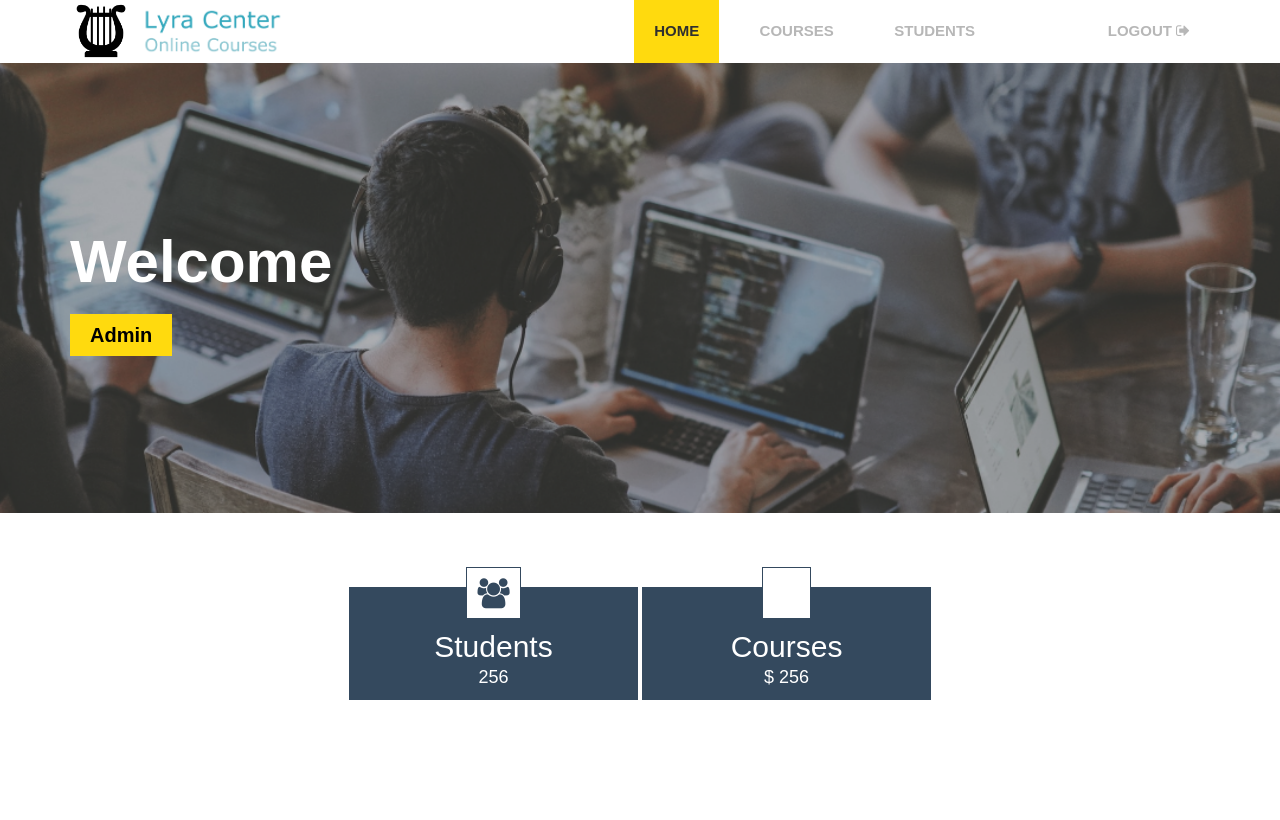
Repository: jersmaecrz/lyra-center
Page: aHome.html
These files come from the project's save history. The page is drawn as it stood at one moment and after the next save; the edit follows.
The browser window is 1280 px wide. The pictures show the whole page.
Some web fonts or font styles are not loaded; a fallback is used.

Above is the page before, as saved 2022-12-03 21:52:00.

### aHome.html
<!DOCTYPE html>
<html lang="zxx">

<head>
    <link rel="icon" href="img/lyre.png">
    <meta charset="UTF-8">
    <meta name="description" content="Anime Template">
    <meta name="keywords" content="Anime, unica, creative, html">
    <meta name="viewport" content="width=device-width, initial-scale=1.0">
    <meta http-equiv="X-UA-Compatible" content="ie=edge">
    <title>Lyra | Home</title>
    <link rel="stylesheet" href="css/admin-home-style.css" type="text/css">

    <!-- Google Font -->
    <link href="https://fonts.googleapis.com/css2?family=Mulish:wght@300;400;500;600;700;800;900&display=swap"
    rel="stylesheet">

    <link rel="preconnect" href="https://fonts.googleapis.com">
    <link rel="preconnect" href="https://fonts.gstatic.com" crossorigin>
    <link href="https://fonts.googleapis.com/css2?family=Open+Sans:wght@700&display=swap" rel="stylesheet">

    <!-- Css Styles -->
    <link rel="stylesheet" href="css/bootstrap.min.css" type="text/css">
    <link rel="stylesheet" href="css/font-awesome.min.css" type="text/css">
    <link rel="stylesheet" href="css/elegant-icons.css" type="text/css">
    <link rel="stylesheet" href="css/plyr.css" type="text/css">
    <link rel="stylesheet" href="css/nice-select.css" type="text/css">
    <link rel="stylesheet" href="css/owl.carousel.min.css" type="text/css">
    <link rel="stylesheet" href="css/slicknav.min.css" type="text/css">
    <link rel="stylesheet" href="css/style.css" type="text/css">
</head>

<body>
    <!-- Page Preloder -->
    <div id="preloder">
        <div class="loader"></div>
    </div>

    <!-- Header Section Begin -->
    <header class="header">
        <div class="container">
            <div class="row">
                <div class="col-lg-5">
                    <div class="header__logo">
                        <a href="./index.html">
                            <img src="img/lyre.png" alt="" width=62px>
                            <img src="img/lyra.png" alt="" width=150px>
                        </a>
                    </div>
                </div>
                <div class="col-lg-7">
                    <div class="header__nav">
                        <nav class="header__menu mobile-menu">
                            <ul>
                                <li class="active"><a href="./index.html">HOME</a></li>
                                <li ><a href="./courses.html">COURSES</a></li>
                                <li ><a href="./signup.html">STUDENTS</a></li>
                                <li class="right"><a href="./signup.html">LOGOUT <i class="fa fa-sign-out" aria-hidden="true"></i></a></li>


                            </ul>
                        </nav>
                    </div>
                </div>

            </div>
            <div id="mobile-menu-wrap"></div>
        </div>
    </header>
    <!-- Header End -->


      <!-- Normal Breadcrumb Begin -->
    <section class="normal-breadcrumb set-bg" data-setbg="img/banner.png">
        <div class="container">
            <div class="row">
                <div class="col-lg-5">
                    <div class="normal__breadcrumb__text">
                        <h2>Welcome</h2>
                        <div class="lemony"><a><span><b>Admin</b></span</a></div>
                    </div>
                </div>
            </div>
        </div>

    </section>
    <!-- Normal Breadcrumb End -->
<br>

<!-- Dashboard -->
<div class="container">
    <div class="row">
            <div class="col-lg-12">
                <div class="main-section normal__breadcrumb__text">
                    <div class="dashboard">
                        <div class="icon-section">
                            <i class="icon fa fa-users" aria-hidden="true"></i><br>
                            <h3>Students</h3>
                            <p>256</p>
                        </div>
                    </div>
                    <div class="dashboard dashbord-green">
                        <div class="icon-section">
                            <i class="fa fa-book" aria-hidden="true"></i><br>
                            <h3>Courses</h3>
                            <p>$ 256</p>
                        </div>

                    </div>
            </div>
    </div>
</div>
<br>
<br>
<br>
<br>
<br>

<!-- Footer Section Begin
<footer class="footer">
    <div class="page-up">
        <a href="#" class="scroll"><span class="arrow_carrot-up"></span></a>
    </div>
    <div class="container">
        <div class="row">
            <div class="col-lg-3">
                <div class="footer__logo">
                    <a href="./index.html">
                        <img src="img/mango manga.png" alt="" width=80px>
                        <img src="img/mm.png" alt="" width=110px>
                    </a>
                </div>
            </div>
            <div class="col-lg-6">
                <div class="footer__nav">
                    <ul>
                        <li class="active"><a href="./index.html">HOME</a></li>
                        <li ><a href="./courses.html">COURSES</a></li>
                        <li ><a href="./signup.html">STUDENTS</a></li>

                    </ul>
                </div>
            </div>

          </div>
      </div>
  </footer>
  <!-- Footer Section End -->


<!-- Js Plugins -->
<script src="js/jquery-3.3.1.min.js"></script>
<script src="js/bootstrap.min.js"></script>
<script src="js/player.js"></script>
<script src="js/jquery.nice-select.min.js"></script>
<script src="js/mixitup.min.js"></script>
<script src="js/jquery.slicknav.js"></script>
<script src="js/owl.carousel.min.js"></script>
<script src="js/main.js"></script>


</body>

</html>

### css/admin-home-style.css
.right {
    float: right;

}
.scroll {
    margin-left: -50px;
    margin-top: -50px;
}
.main-section{
	width:80%;
	margin:0 auto;
	text-align: center;
	padding: 0px 5px;
}
.dashboard{
	width:32%;
	display: inline-block;
	background-color:#34495E;
	color:#fff;
	margin-top: 50px;
}
.icon-section i{
	font-size: 30px;
	padding:10px;
	border:1px solid #34495E;
	margin-top:-25px;
	margin-bottom: 10px;
	background-color:#fff;
}
.icon-section h3{
	font-size: 30px;
    color: #fff;
}
.icon-section p{
	margin:0px;
	font-size: 20px;
	padding-bottom: 10px;
}
.icon {
    color: #34495E;
}

Loaded but not shown: css/bootstrap.min.css (library); css/font-awesome.min.css (library); css/plyr.css (library); css/nice-select.css (common file); css/owl.carousel.min.css (library); css/slicknav.min.css (common file); js/jquery-3.3.1.min.js (library); js/bootstrap.min.js (library); js/player.js (library); js/jquery.nice-select.min.js (common file); js/mixitup.min.js (library); js/jquery.slicknav.js (library); js/owl.carousel.min.js (library); js/main.js (101 lines, source omitted); css/elegant-icons.css (1157 lines, source omitted); css/style.css (1159 lines, source omitted)

After the next save:
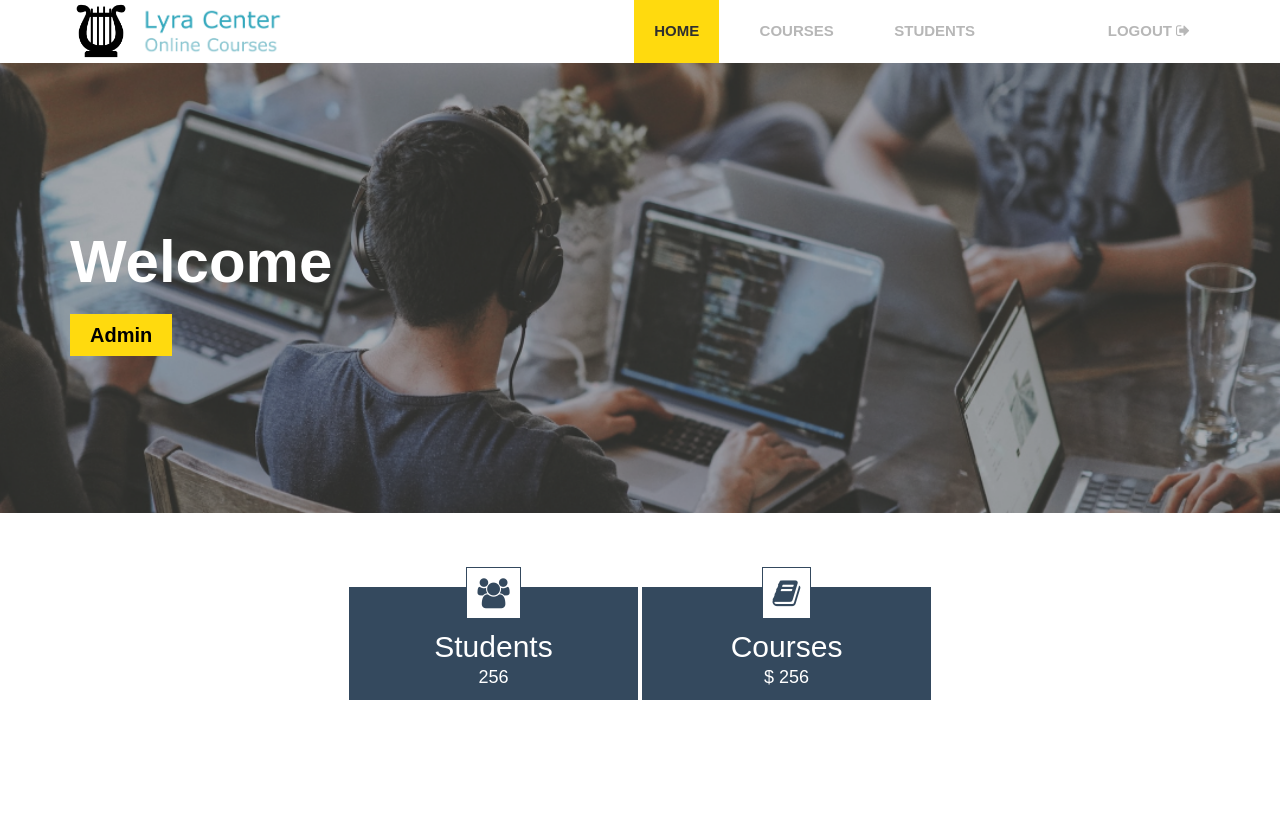
Saved 13 s later.
--- a/aHome.html
+++ b/aHome.html
@@ -101,7 +101,7 @@
                     </div>
                     <div class="dashboard dashbord-green">
                         <div class="icon-section">
-                            <i class="fa fa-book" aria-hidden="true"></i><br>
+                            <i class="icon fa fa-book" aria-hidden="true"></i><br>
                             <h3>Courses</h3>
                             <p>$ 256</p>
                         </div>
